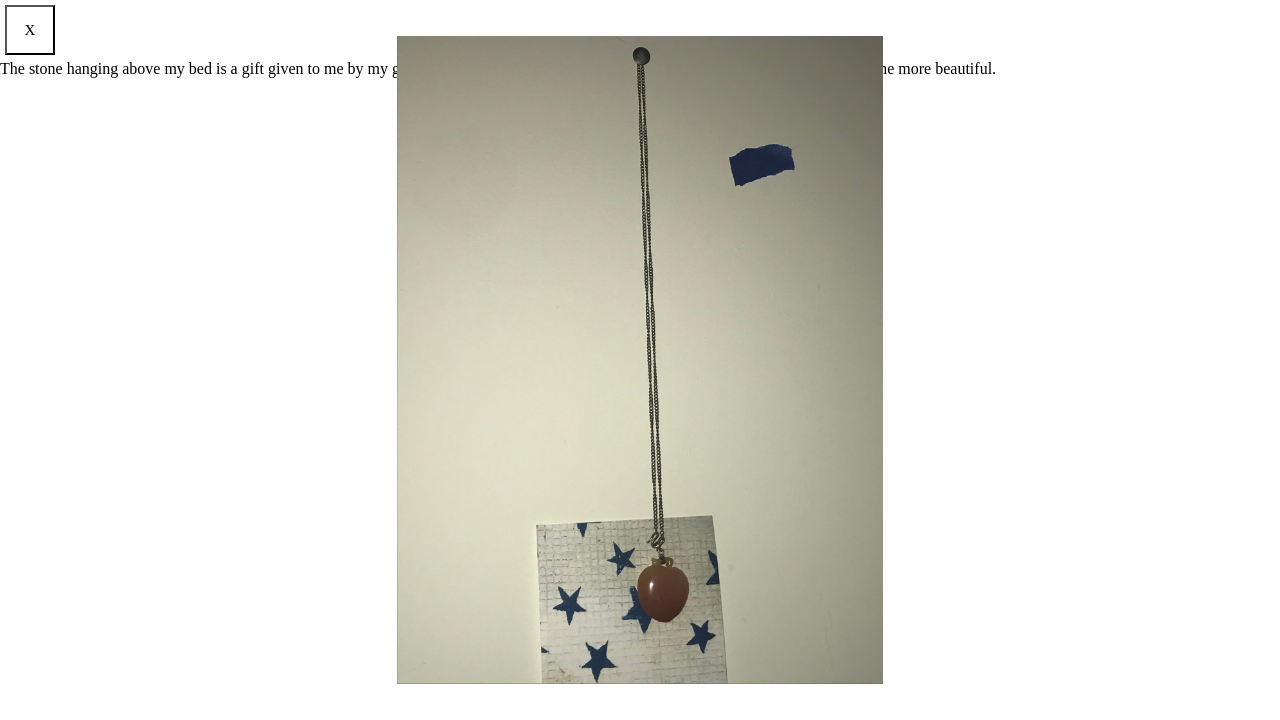
Repository: xuc009/assignment-4
Page: what.html
An editor plug-in stored every save of this project. The page is shown before and after the next save, followed by the edit.
The browser window is 1280 px wide. The pictures show the whole page.

Above is the page before, as saved 2019-12-11 16:19:59.
Console error: TypeError: Cannot read properties of null (reading 'addEventListener')

After the next save:
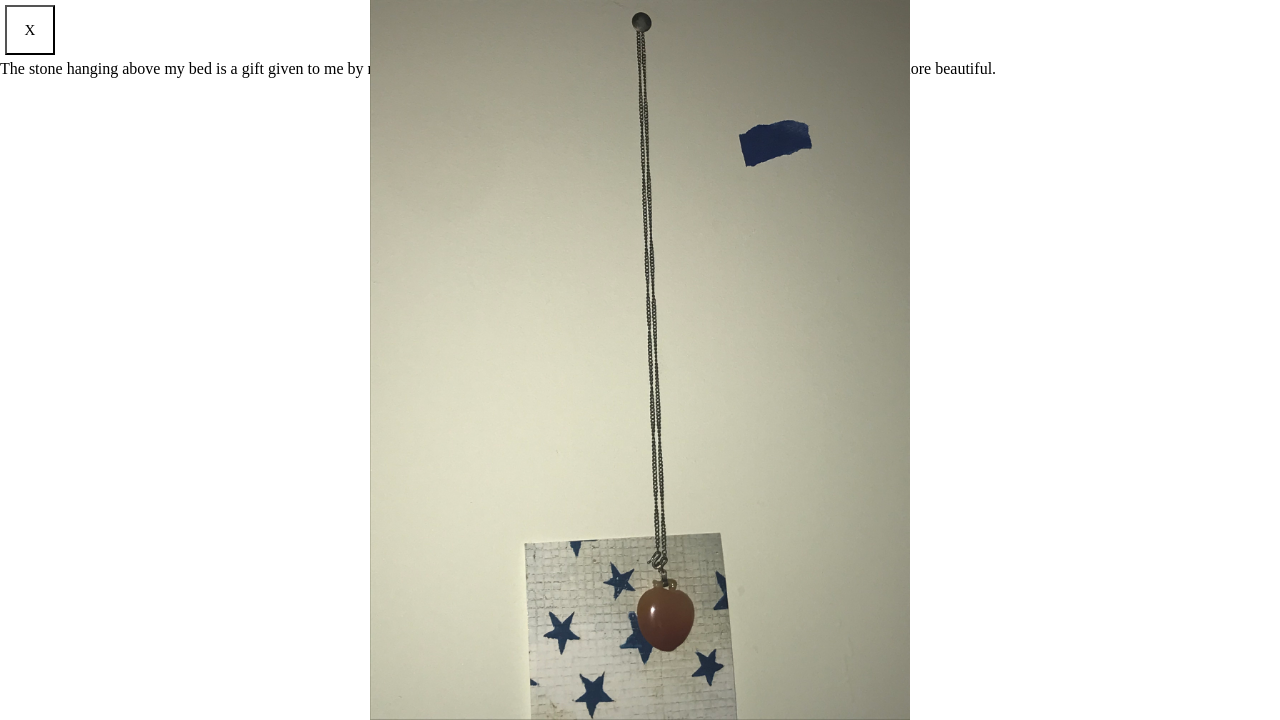
Saved 9 s later.
--- a/assets/style.css
+++ b/assets/style.css
@@ -33,7 +33,7 @@
 }
 
 img{
-	height: 90vh;
+	height: 100vh;
 	transform: rotate(45deg);
 	position: absolute;
 	position: absolute;

After the 2 saves that followed:
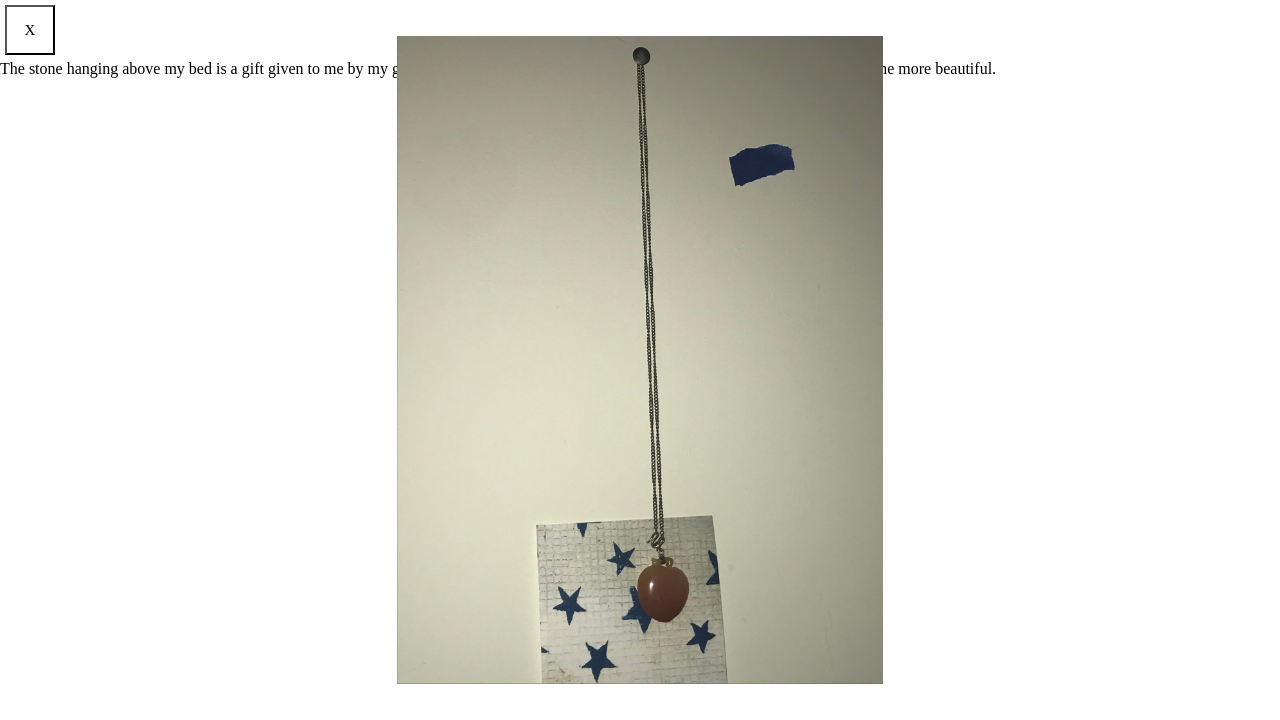
The 2 saves are shown as one change because they came seconds apart.
The last was saved 8 s later.
--- a/assets/style.css
+++ b/assets/style.css
@@ -33,8 +33,7 @@
 }
 
 img{
-	height: 100vh;
-	transform: rotate(45deg);
+	height: 90vh;
 	position: absolute;
 	position: absolute;
 	top: 50%;
